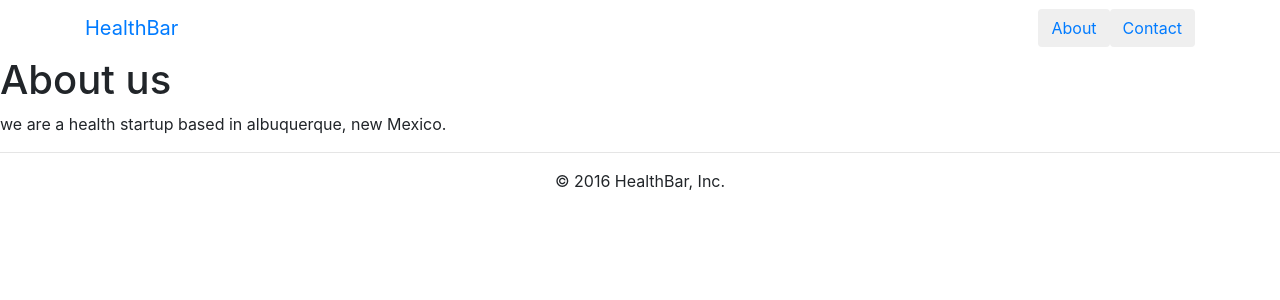
Repository: AdaLover/demoExpressApp
Page: views/contact.pug
An editor plug-in stored every save of this project. The page is shown before and after the next save, followed by the edit.
The browser window is 1280 px wide. The pictures show the whole page.
The page is served by the project's Node server (app.js). The template is opened directly, without the code that normally fills it, so the values that code supplies are empty.

Above is the page before, as saved 2018-01-29 18:31:00.

After the next save:
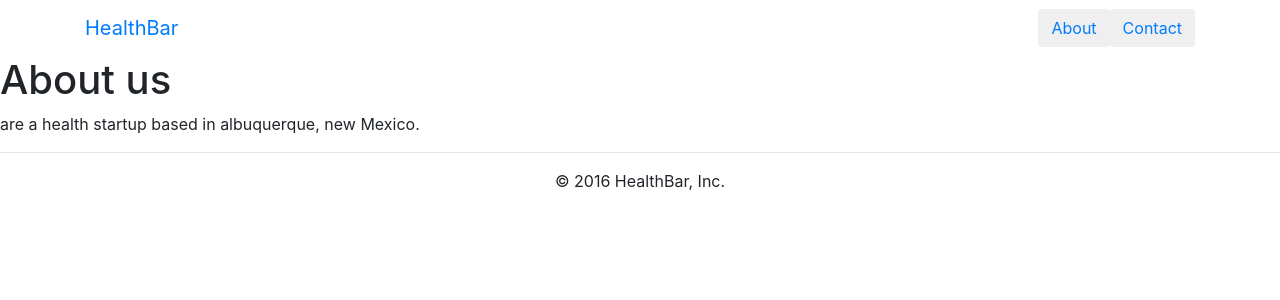
Saved 8 s later.
--- a/views/contact.pug
+++ b/views/contact.pug
@@ -2,4 +2,5 @@ extends layout
 
 block content
  h1 About us
- p  we are a health startup based in albuquerque, new Mexico.
+ p
+  we are a health startup based in albuquerque, new Mexico.
